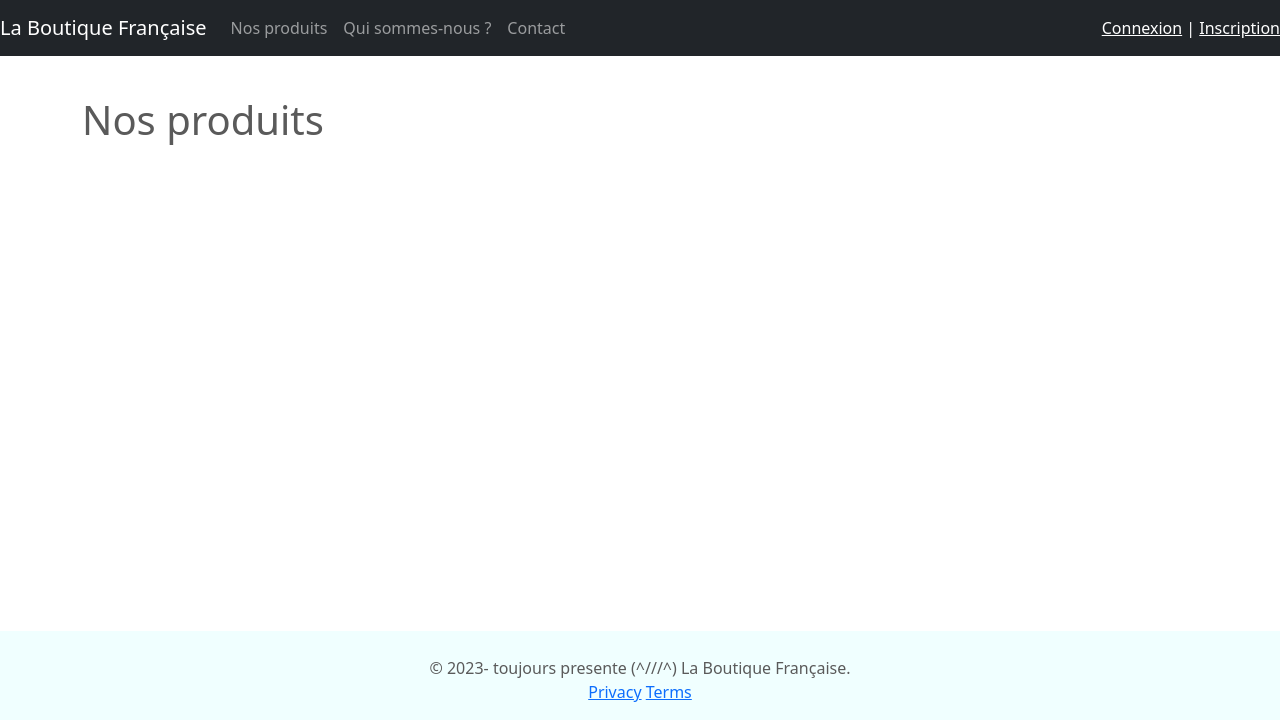
Repository: Coulibaly00180/laboutiquefrancaise
Page: templates/product/index.html.twig
An editor plug-in stored every save of this project. The page is shown before and after the next save, followed by the edit.
The browser window is 1280 px wide. The pictures show the whole page.
The page is a Twig template of a Symfony application; nobody is signed in and links lead nowhere. The template is opened directly, without the code that normally fills it, so the values that code supplies are empty.

Above is the page before, as saved 2023-03-05 15:43:00.

### templates/product/index.html.twig
{% extends 'base.html.twig' %}

{% block title %}Nos produits - La Boutique Française{% endblock %}

{% block content %}
    <h1>Nos produits</h1>

    <div class="row product-container">
        {% for product in products %}
            <div class="col-md-4">
                <div class="product-item text-center">
                    <a href="{{ path('app_product', {'slug': product.slug}) }}"><img src="/uploads/{{ product.illustration }}" alt="{{ product.name }}" class="img-fluid"></a>
                    <h5>{{ product.name }}</h5>
                    <span class="product-subtitle">{{ product.subtitle }}</span>
                    <span class="product-price">{{ (product.price / 100) | number_format(2, ',', '.')}} €</span>
                </div>
            </div>
        {% endfor %}
    </div>

{% endblock %}

### templates/base.html.twig
<!doctype html>
<html lang="fr">
<head>
    <meta charset="utf-8">
    <meta name="viewport" content="width=device-width, initial-scale=1, shrink-to-fit=no">
    <meta name="description" content="">
    <meta name="author" content="Coulibaly Abdoulaye Christian">
    <meta name="generator" content="Jekyll v4.1.1">
    <title>{% block title %}La Boutique Française - 100% Made in French{% endblock %}</title>

    <!-- Bootstrap core CSS -->
    <link href="{{ asset('assets/css/bootstrap.min.css') }}" rel="stylesheet">
    <link href="{{ asset('assets/css/style.css') }}" rel="stylesheet">

    <style>
        .bd-placeholder-img {
            font-size: 1.125rem;
            text-anchor: middle;
            -webkit-user-select: none;
            -moz-user-select: none;
            -ms-user-select: none;
            user-select: none;
        }

        @media (min-width: 768px) {
            .bd-placeholder-img-lg {
                font-size: 3.5rem;
            }
        }
    </style>
    <!-- Custom styles for this template -->
    <link href="{{ asset('assets/css/carousel.css') }}" rel="stylesheet">
</head>
<body>
    <header>
        <nav class="navbar navbar-expand-md navbar-dark fixed-top bg-dark">
            <a class="navbar-brand" href="{{path('app_home') }}">La Boutique Française</a>
            <button class="navbar-toggler" type="button" data-toggle="collapse" data-target="#navbarCollapse" aria-controls="navbarCollapse" aria-expanded="false" aria-label="Toggle navigation">
                <span class="navbar-toggler-icon"></span>
            </button>
            <div class="collapse navbar-collapse" id="navbarCollapse">
                <ul class="navbar-nav me-auto mb-2 mb-md-0">
                    <li class="nav-item active">
                        <a class="nav-link" href="{{path('app_products') }}">Nos produits</a>
                    </li>
                    <li class="nav-item">
                        <a class="nav-link" href="#">Qui sommes-nous ?</a>
                    </li>
                    <li class="nav-item">
                        <a class="nav-link" href="#">Contact</a>
                    </li>

                </ul>

                <div class="navbar-item-custom">
                    {% if app.user %}
                        <a href=" {{path('app_account') }}">Mon compte <small>( {{app.user.lastName}} )</small></a> | <a href=" {{ path('app_logout') }}">Déconnexion</a>
                    {% else %}
                        <a href=" {{ path('app_login') }}">Connexion</a> | <a href="{{ path('app_register') }}">Inscription</a>
                    {% endif %}
                </div>

            </div>
        </nav>
    </header>

    <main role="main">

        {% if block('carousel') is defined %}

        <div id="myCarousel" class="carousel slide" data-ride="carousel">
            <ol class="carousel-indicators">
                <li data-target="#myCarousel" data-slide-to="0" class="active"></li>
                <li data-target="#myCarousel" data-slide-to="1"></li>
                <li data-target="#myCarousel" data-slide-to="2"></li>
            </ol>
            <div class="carousel-inner">
                <div class="carousel-item active">
                    <svg class="bd-placeholder-img" width="100%" height="100%" xmlns="http://www.w3.org/2000/svg" preserveAspectRatio="xMidYMid slice" focusable="false" role="img"><rect width="100%" height="100%" fill="#777"/></svg>
                    <div class="container">
                        <div class="carousel-caption text-left">
                            <h1>Example headline.</h1>
                            <p>Cras justo odio, dapibus ac facilisis in, egestas eget quam. Donec id elit non mi porta gravida at eget metus. Nullam id dolor id nibh ultricies vehicula ut id elit.</p>
                            <p><a class="btn btn-lg btn-primary" href="#" role="button">Sign up today</a></p>
                        </div>
                    </div>
                </div>
                <div class="carousel-item">
                    <svg class="bd-placeholder-img" width="100%" height="100%" xmlns="http://www.w3.org/2000/svg" preserveAspectRatio="xMidYMid slice" focusable="false" role="img"><rect width="100%" height="100%" fill="#777"/></svg>
                    <div class="container">
                        <div class="carousel-caption">
                            <h1>Another example headline.</h1>
                            <p>Cras justo odio, dapibus ac facilisis in, egestas eget quam. Donec id elit non mi porta gravida at eget metus. Nullam id dolor id nibh ultricies vehicula ut id elit.</p>
                            <p><a class="btn btn-lg btn-primary" href="#" role="button">Learn more</a></p>
                        </div>
                    </div>
                </div>
                <div class="carousel-item">
                    <svg class="bd-placeholder-img" width="100%" height="100%" xmlns="http://www.w3.org/2000/svg" preserveAspectRatio="xMidYMid slice" focusable="false" role="img"><rect width="100%" height="100%" fill="#777"/></svg>
                    <div class="container">
                        <div class="carousel-caption text-right">
                            <h1>One more for good measure.</h1>
                            <p>Cras justo odio, dapibus ac facilisis in, egestas eget quam. Donec id elit non mi porta gravida at eget metus. Nullam id dolor id nibh ultricies vehicula ut id elit.</p>
                            <p><a class="btn btn-lg btn-primary" href="#" role="button">Browse gallery</a></p>
                        </div>
                    </div>
                </div>
            </div>
            <a class="carousel-control-prev" href="#myCarousel" role="button" data-slide="prev">
                <span class="carousel-control-prev-icon" aria-hidden="true"></span>
                <span class="sr-only">Previous</span>
            </a>
            <a class="carousel-control-next" href="#myCarousel" role="button" data-slide="next">
                <span class="carousel-control-next-icon" aria-hidden="true"></span>
                <span class="sr-only">Next</span>
            </a>
        </div>

        {% endif %}


        <!-- Marketing messaging and featurettes
        ================================================== -->
        <!-- Wrap the rest of the page in another container to center all the content. -->

        <div class="container marketing {% if block('carousel') is not defined %} mt-5 {% endif %}">

            {% block content %}

            {% endblock %}

        </div><!-- /.container -->

        <!-- FOOTER -->
        <footer class="footer-custom">
            <p>&copy; 2023- toujours presente (^///^) La Boutique Française. <br>
                <a href="#">Privacy</a> <a href="#">Terms</a>
            </p>
        </footer>
    </main>
    <script src="https://code.jquery.com/jquery-3.5.1.slim.min.js"></script>
    <script src="{{ asset('assets/js/bootstrap.bundle.js') }}"></script>
</body>
</html>

### public/assets/css/style.css
.navbar-item-custom, .navbar-item-custom a{
    color: #fff;
}

.footer-custom{
    text-align: center;
    position: absolute;
    bottom: 0;
    width: 100%;
    background-color: azure;
    padding-top: 25px;
}

.product-item {
    margin-top: 50px;
}

.product-item h5{
    text-transform: uppercase;
    font-size: 18px;
    margin-bottom: 1px;
}

.product-item .product-subtitle{
    font-size: 14px;
    display: block;
    margin-bottom: 10px;
}

.product-item .product-price{
    font-size: 14px;
    font-weight: bold;
}

.product-container {
    margin-bottom: 125px;
}

### public/assets/css/carousel.css
/* GLOBAL STYLES
-------------------------------------------------- */
/* Padding below the footer and lighter body text */

body {
    padding-top: 3rem;
    padding-bottom: 3rem;
    color: #5a5a5a;
}


/* CUSTOMIZE THE CAROUSEL
-------------------------------------------------- */

/* Carousel base class */
.carousel {
    margin-bottom: 4rem;
}
/* Since positioning the image, we need to help out the caption */
.carousel-caption {
    bottom: 3rem;
    z-index: 10;
}

/* Declare heights because of positioning of img element */
.carousel-item {
    height: 32rem;
}
.carousel-item > img {
    position: absolute;
    top: 0;
    left: 0;
    min-width: 100%;
    height: 32rem;
}


/* MARKETING CONTENT
-------------------------------------------------- */

/* Center align the text within the three columns below the carousel */
.marketing .col-lg-4 {
    margin-bottom: 1.5rem;
    text-align: center;
}
.marketing h2 {
    font-weight: 400;
}
.marketing .col-lg-4 p {
    margin-right: .75rem;
    margin-left: .75rem;
}


/* Featurettes
------------------------- */

.featurette-divider {
    margin: 5rem 0; /* Space out the Bootstrap <hr> more */
}

/* Thin out the marketing headings */
.featurette-heading {
    font-weight: 300;
    line-height: 1;
    letter-spacing: -.05rem;
}


/* RESPONSIVE CSS
-------------------------------------------------- */

@media (min-width: 40em) {
    /* Bump up size of carousel content */
    .carousel-caption p {
        margin-bottom: 1.25rem;
        font-size: 1.25rem;
        line-height: 1.4;
    }

    .featurette-heading {
        font-size: 50px;
    }
}

@media (min-width: 62em) {
    .featurette-heading {
        margin-top: 7rem;
    }
}

Loaded but not shown: public/assets/css/bootstrap.min.css (library); public/assets/js/bootstrap.bundle.js (library)

After the next save:
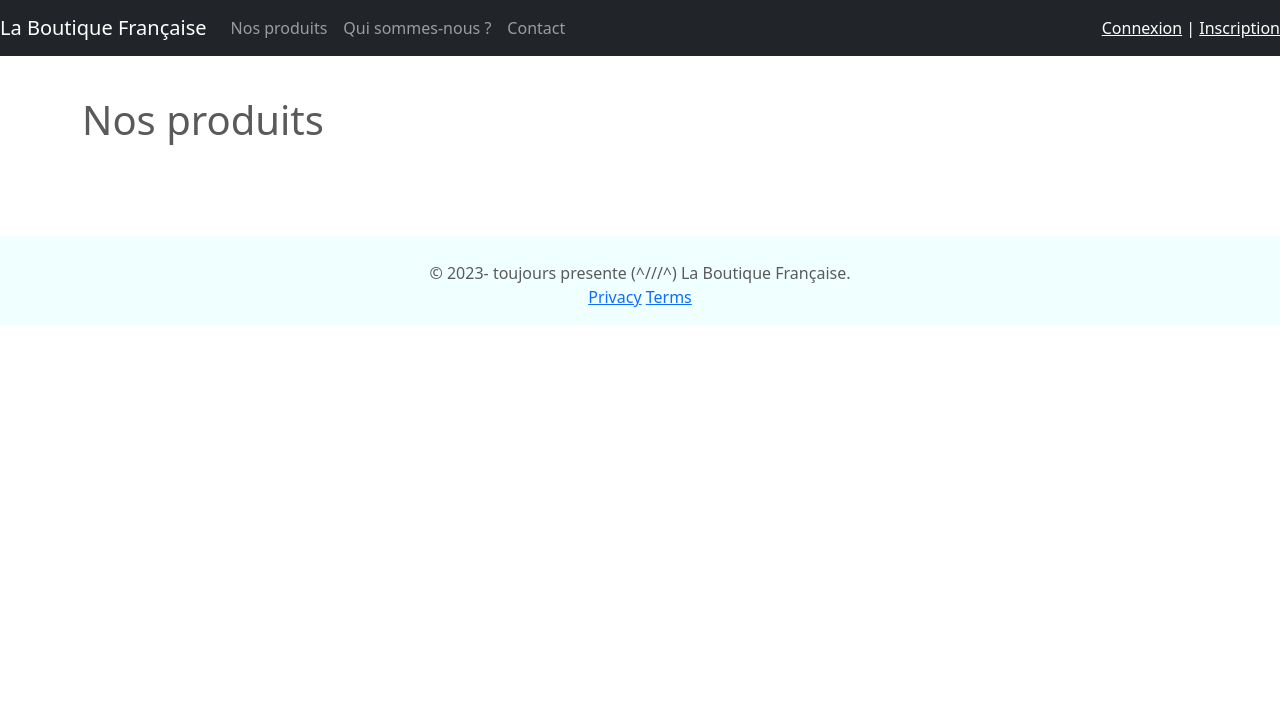
Saved 30 s later.
--- a/public/assets/css/style.css
+++ b/public/assets/css/style.css
@@ -1,3 +1,7 @@
+body{
+    position: relative;
+}
+
 .navbar-item-custom, .navbar-item-custom a{
     color: #fff;
 }
